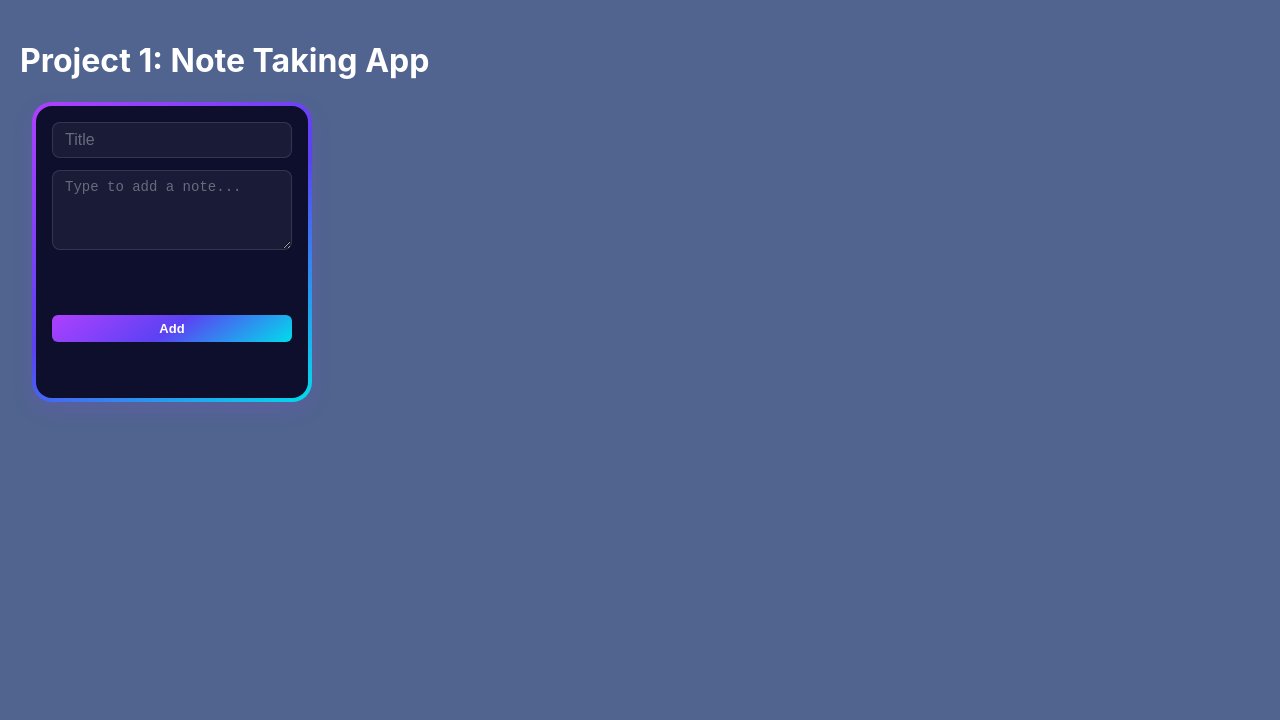
Repository: AJANI2005/Notes-App
Page: /
The author's editor kept a copy of each file at every save. The page is drawn from the files as they stood at one save, then again after the next save.
The browser window is 1280 px wide. The pictures show the whole page.
The project was rebuilt for these pictures with package versions that can differ from the ones it lists, and the page was loaded fresh each time. Also part of the build but not shown: vite.config.ts, src/App.css, src/style/dialogbox.css, src/DialogBox.tsx.

Above is the page before, as saved 2025-07-31 18:54:11.

### src/index.css
:root {
  font-family: system-ui, Avenir, Helvetica, Arial, sans-serif;
  font-synthesis: none;
  text-rendering: optimizeLegibility;
  -webkit-font-smoothing: antialiased;
  -moz-osx-font-smoothing: grayscale;
}

body {
    margin: 0;
    font-family: 'Inter', sans-serif;
    min-height: 100vh;
    padding: 20px;
    background-color: #50648f;
    color: white;
}

### src/App.tsx
import { useEffect, useState } from 'react';

// styles
import "./App.css"
import "./style/note.css"
import DialogBox from './DialogBox';


interface Note {
  id: number
  title: string;
  text: string;
}

const Note = () => {
  const [text, setText] = useState('');
  const [title, setTitle] = useState('');


  //Initialize Local Storage
  useEffect(() => {
    if (!localStorage.getItem("notes")) {
      localStorage.setItem("notes", JSON.stringify([]))
    }
    if (localStorage.getItem("title")) {
      setTitle(JSON.parse(localStorage.getItem("title")!))
    }
    if (localStorage.getItem("text")) {
      setText(JSON.parse(localStorage.getItem("text")!))
    }
  }, [])

  // Store Current Data (On Refresh)
  useEffect(() => {
    if (text === '' && title === '') return
    localStorage.setItem("title", JSON.stringify(title))
    localStorage.setItem("text", JSON.stringify(text))
  }, [text, title])

  const createNote = () => {
    const note = {
      id: Date.now(),
      title: title,
      text: text
    } as Note

    // add note
    const notes = JSON.parse(localStorage.getItem("notes")!)
    notes.push(note)
    localStorage.setItem("notes", JSON.stringify(notes))

    // reset state
    setTitle("")
    setText("")
    localStorage.setItem("title", JSON.stringify(""))
    localStorage.setItem("text", JSON.stringify(""))
  }

  return (
    <form className='note'>
      <div className="note-content">
        <input
          value={title}
          placeholder='Title'
          onChange={(e) => setTitle(e.target.value)}
          type="text" className='note-title-input' />
        <textarea
          value={text}
          onChange={(e) => setText(e.target.value)}
          className='note-input'
          placeholder='Type to add a note...'></textarea>
        <button className='addBtn' onClick={createNote}>Add</button>
      </div>

    </form>
  )
}

function App() {

  const [notes, setNotes] = useState([]);



  const [editing, setEditing] = useState(false);
  const [currentNote, setCurrentNote] = useState<Note | undefined>(undefined);


  //Initialize Local Storage
  useEffect(() => {
    if (localStorage.getItem("notes")) {
      setNotes(JSON.parse(localStorage.getItem("notes")!))
    }
  }, [])

  //Save current note
  const saveNote = () => {
    const notes = JSON.parse(localStorage.getItem("notes")!)
    const index = notes.findIndex((note: Note) => note.id === currentNote?.id)
    notes[index] = currentNote
    localStorage.setItem("notes", JSON.stringify(notes))
    setEditing(false)
    // refresh
    window.location.reload()
  }
  //Delete note
  const deleteNote = () => {
    const notes = JSON.parse(localStorage.getItem("notes")!)
    const index = notes.findIndex((note: Note) => note.id === currentNote?.id)
    notes.splice(index, 1)
    localStorage.setItem("notes", JSON.stringify(notes))
    setEditing(false)
    // refresh
    window.location.reload()
  }

  return (
    <div className='app'>
      <h1>Project 1: Note Taking App</h1>
      <Note />
      {/* Display Notes */}
      <div className='notes-grid'>
        {notes.map((note: Note, index) => (
          <div key={index} className='note'>
            <div className='note-content'>
              <h2 className='note-title'>{note.title}</h2>
              <p className='note-text'>{note.text}</p>
              <button className='deleteBtn'
                onClick={deleteNote}>✖</button>
              <button className='editBtn' onClick={() => {
                setEditing(true);
                setCurrentNote(note);
              }}
              >📝</button>
            </div>
          </div>))}
      </div>

      {/* Edit Dialog Box */}
      <DialogBox isOpen={editing} onClose={() => setEditing(false)}>
        <form className='note'>
          <div className='note-content'>
            <input
              value={currentNote?.title}
              placeholder='Title'
              onChange={(e) => setCurrentNote({ ...currentNote, title: e.target.value } as Note)}
              type="text" className='note-title-input' />

            <textarea
              value={currentNote?.text}
              onChange={(e) => setCurrentNote({ ...currentNote, text: e.target.value } as Note)}
              className='note-input'
              placeholder='Type to add a note...'></textarea>

            <button className='addBtn' onClick={() => {
              saveNote()
              setEditing(false)
            }}>Save</button>
          </div>
        </form>
      </DialogBox>
    </div>
  )
}

export default App

### src/style/note.css
/* Make all elements respect card boundaries */
*,
*::before,
*::after {
  box-sizing: border-box;
}

/* --- Note Card --- */
.note {
  display: flex;
  flex-direction: column;
  width: 280px;
  height: 300px;
  padding: 4px; /* Gradient border thickness */
  border-radius: 20px;
  background: linear-gradient(145deg, #af40ff, #5b42f3 50%, #00ddeb);
  box-shadow: rgba(151, 65, 252, 0.15) 0 8px 20px;
  margin: 12px;
  position: relative;
  transition: transform 0.2s ease, box-shadow 0.2s ease;
  overflow: hidden; /* ensures no element spills outside */
}

.note:hover {
  transform: translateY(-4px);
  box-shadow: rgba(151, 65, 252, 0.25) 0 12px 28px;
}

/* Inner dark surface */
.note-content {
  flex: 1;
  display: flex;
  flex-direction: column;
  gap: 12px;
  padding: 16px;
  padding-bottom: 56px; /* space for buttons */
  border-radius: 16px;
  background: #0d0f2d;
  color: white;
  position: relative;
  overflow: hidden;
}

/* --- Inputs --- */
.note-title-input,
.note-input {
  width: 100%;
  border-radius: 8px;
  border: 1px solid rgba(255, 255, 255, 0.12);
  background: rgba(255, 255, 255, 0.05);
  color: white;
  outline: none;
  padding: 8px 12px;
  transition: 0.2s border-color, 0.2s background-color;
}

.note-title-input::placeholder,
.note-input::placeholder {
  color: rgba(255, 255, 255, 0.35);
}

.note-title-input {
  font-size: 16px;
  font-weight: 500;
}

.note-input {
  min-height: 80px;
  font-size: 14px;
  resize: vertical;
}

.note-title-input:focus,
.note-input:focus {
  border-color: #5b42f3;
  background: rgba(255, 255, 255, 0.1);
}

/* --- Buttons --- */
.addBtn,
.deleteBtn,
.editBtn {
  border: none;
  padding: 6px 12px;
  font-size: 13px;
  font-weight: 600;
  border-radius: 6px;
  cursor: pointer;
  color: white;
  transition: transform 0.2s ease, filter 0.2s ease;
}

/* Primary Add Button */
.addBtn {
  background: linear-gradient(145deg, #af40ff, #5b42f3 50%, #00ddeb);
  margin-top: auto;
}

.addBtn:hover {
  transform: scale(1.05);
  filter: brightness(1.1);
}

/* Action buttons at bottom-left */
.deleteBtn,
.editBtn {
  position: absolute;
  bottom: 12px;
}

.deleteBtn {
  left: 12px;
  background: linear-gradient(145deg, #ff416c, #ff4b2b); /* neon pink-red */
}

.deleteBtn:hover {
  transform: scale(1.05);
  filter: brightness(1.1);
}

.editBtn {
  left: 60px;
  background: linear-gradient(145deg, #00c9ff, #92fe9d); /* cyan-green neon */
  color: #0d0f2d;
}

.editBtn:hover {
  transform: scale(1.05);
  filter: brightness(1.1);
}

/* --- Note Display --- */
.note-title {
  font-size: 18px;
  font-weight: 600;
  color: white;
  margin-bottom: 4px;
}

.note-text {
  font-size: 14px;
  color: rgba(255, 255, 255, 0.85);
  line-height: 1.5;
  white-space: pre-wrap;
}

/* --- Grid for Notes --- */
.notes-grid {
  display: grid;
  grid-template-columns: repeat(auto-fill, minmax(250px, 1fr));
  gap: 24px;
  padding: 20px;
  justify-items: center;
}

Loaded but not shown: index.html (common file); src/main.tsx (common file)

After the next save:
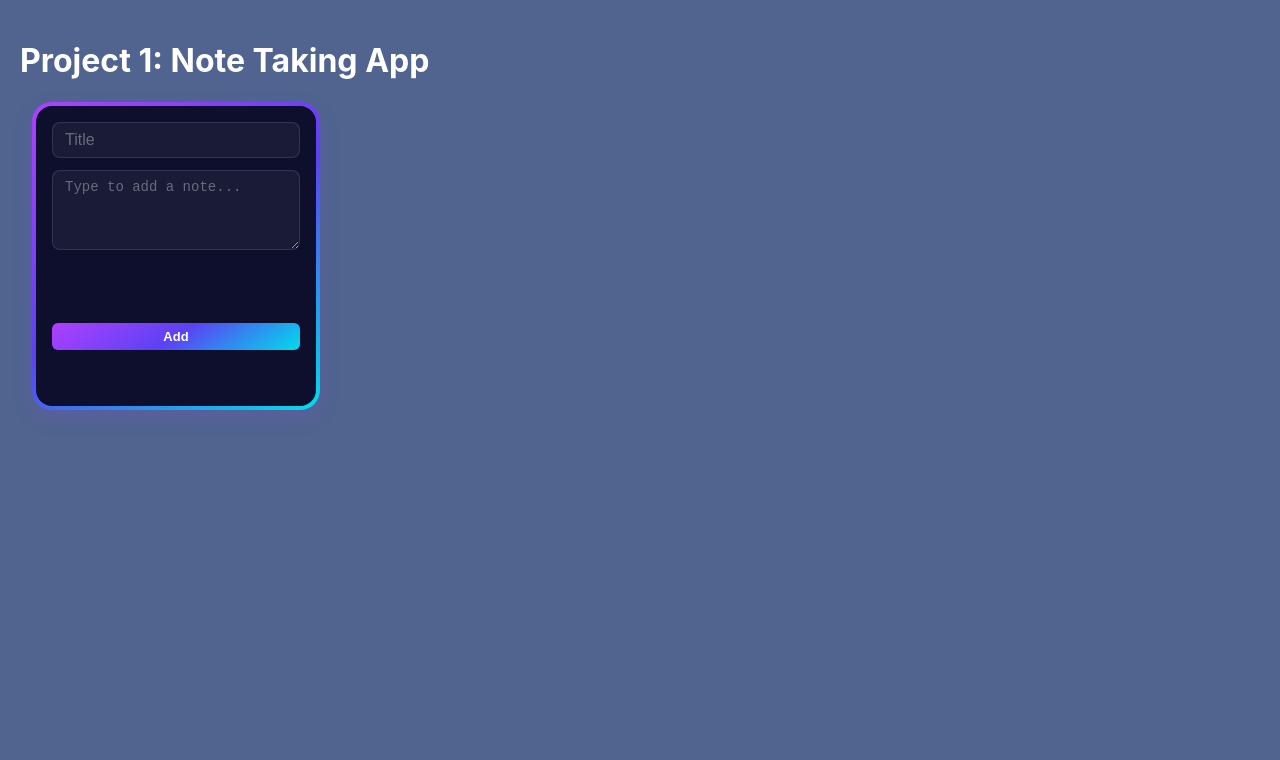
Saved 77 s later.
--- a/src/style/note.css
+++ b/src/style/note.css
@@ -1,5 +1,5 @@
 /* Make all elements respect card boundaries */
-*,
+.note *,
 *::before,
 *::after {
   box-sizing: border-box;
